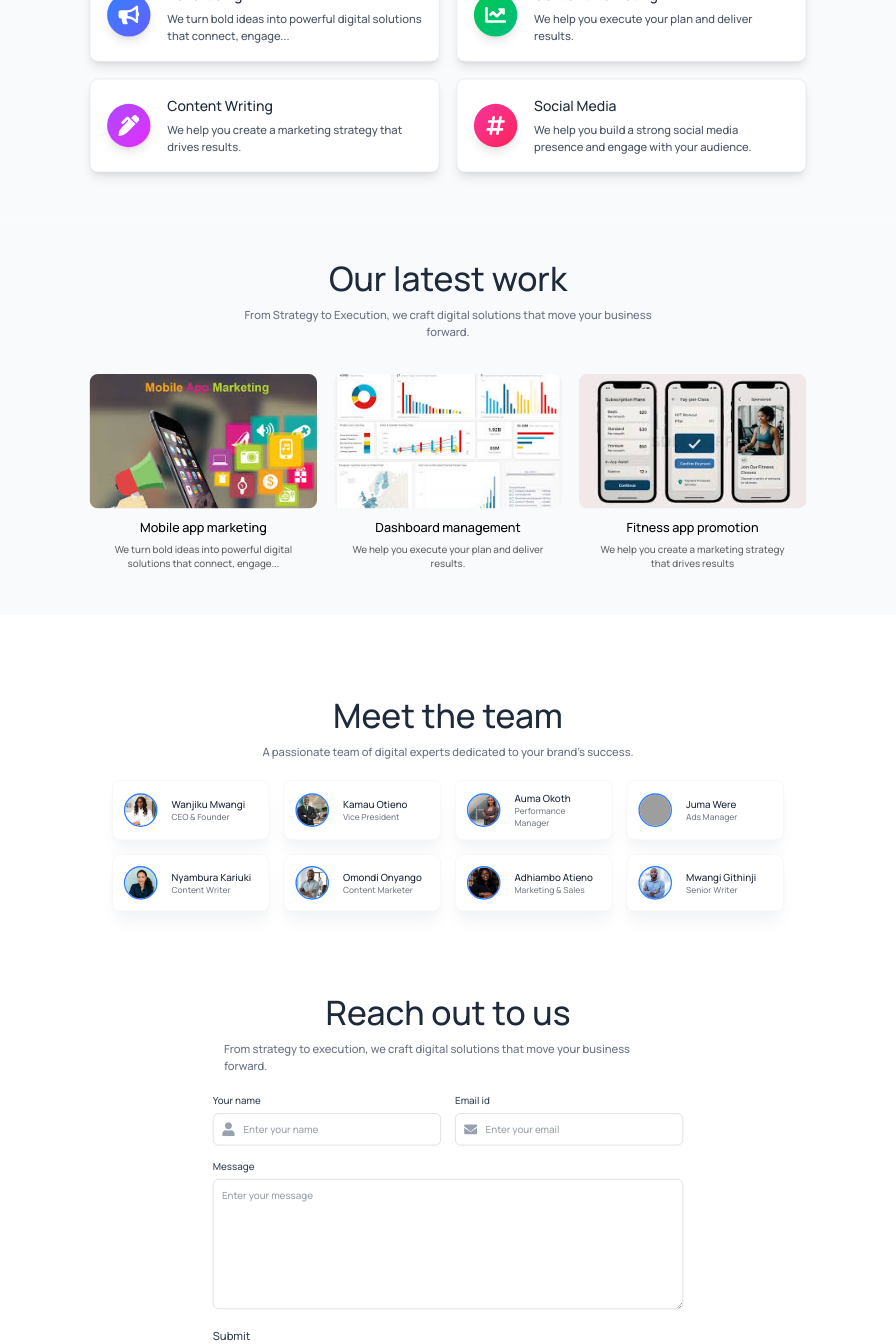
Repository: Prolenzy/magex
Page: /
These files come from the project's save history. The page is drawn as it stood at one moment and after a run of saves; the edit follows.
The browser window is 1280 px wide. The pictures show the part of the page from y = 1376 to 3296 px (the page is 3296 px tall), at 70% of full size.
Pictures or frames that could not be fetched are drawn as grey boxes. The project was rebuilt for these pictures with package versions that can differ from the ones it lists, and the page was loaded fresh each time. Also part of the build but not shown: vite.config.js.

Above is the page before, as saved 2025-08-17 03:31:17.

### index.html
<!doctype html>
<html lang="en" class="scroll-smooth">
  <head>
    <meta charset="UTF-8" />
    <link rel="icon" type="image/svg+xml" href="/touch-icon.png" />
    <meta name="viewport" content="width=device-width, initial-scale=1.0" />
    <title>Magex | Digital Experiences Powered by Imagination</title>
  </head>
  <body>
    <div id="root"></div>
    <script type="module" src="/src/main.jsx"></script>
  </body>
</html>

### src/index.css
@import url('https://fonts.googleapis.com/css2?family=Manrope:wght@200..800&display=swap');

@import "tailwindcss";

/* @custom-variant dark (&:where(.dark, .dark *)); */

*{
  font-family: "Manrope", sans-serif;
  font-weight: 500;
}

@theme {
  --color-primary: #5044E5;
}

### src/App.jsx
import React from 'react'
import Navbar from './components/Navbar'
import Hero from './components/Hero'
import Trustedby from './components/Trustedby'
import Services from './components/Services'
import OurWork from './components/OurWork'
import Teams from './components/Teams'
import ContactUs from './components/ContactUs'

const App = () => {
  return (
    <div>
      <Navbar />
      <Hero />
      <Trustedby />
      <Services />
      <OurWork />
      <Teams />
      <ContactUs />
    </div>
  )
}

export default App

### src/components/Navbar.jsx
import React, { useState } from 'react'

const Navbar = () => {

    const [sidebarOpen, setSidebarOpen] = useState(false)
  return (
    <div className='flex justify-between items-center px-4 sm:px-12 lg:px-24 xl:px-40 py-4
    sticky top-0 z-20 backdrop-blur-xl font-medium bg-white/50 dark:bg-gray-900/70'>

        <img src='/dox1.png' className='w-32 sm:w-40' alt=''/>

        <div className={`text-gray-700 sm:text-sm ${!sidebarOpen ? 'max-sm:w-0 overflow-hidden' :
        'max-sm:w-60 max-sm:pl-10'} max-sm:fixed top-0 bottom-0 right-0 max-sm:min-h-screen
        max-sm:h-full max-sm:flex-col max-sm:bg-primary max-sm:text-white max-sm:pt-20
        flex sm:items-center gap-5 transition-all`}>

             <img src='/ter1.png' alt='' className='w-5 absolute right-4 top-4 sm:hidden'
             onClick={() => setSidebarOpen(false)}/>

            <a onClick={() => setSidebarOpen(false)} href='#' className='sm:hover:border-b'>Home</a>
            <a onClick={() => setSidebarOpen(false)} href='#services' className='sm:hover:border-b'>services</a>
            <a onClick={() => setSidebarOpen(false)} href='#our-work' className='sm:hover:border-b'>Our Work</a>
            <a onClick={() => setSidebarOpen(false)} href='#contact-us' className='sm:hover:border-b'>Contact Us</a>
        </div>
        <div className='flex items-center gap-2 sm:gap-4'>

            <img src='/2001.png' alt='' onClick={() => setSidebarOpen(true)}
            className='w-8 sm:hidden' />
            <a href='#contact-us' className='text-sm max-sm:hidden flex items-center gap-2
            bg-primary text-white px-6 py-2 rounded-full cursor-pointer
            hover:scale-103 transition-all'>
                Connect <img src='/vay1.png' width={14} alt=''/>
            </a>
        </div>
    </div>
  )
}

export default Navbar

### src/components/Hero.jsx
import React from 'react'

const Hero = () => {
  return (
    <div id='hero' className='flex flex-col items-center gap-6 py-20 px-4 sm:px-12 lg:px-24
    xl:px-40 text-center w-full overflow-hidden text-gray-700'>

        <h1 className='text-4xl sm:text-5xl md:text-6xl xl:text-[84px] font-medium xl-leading-[95px]
        max-w-5xl'>
            Turning imaginations into <span className='bg-gradient-to-r from-[#5044e5]
            to-[#4d8cea] bg-clip-text text-transparent'>digital</span> impact.
        </h1>

        <p className='text-sm sm:text-lg font-medium text-gray-500 dark:text-white/75
        max-w-4/5 sm:max-w-lg pm-3'>Creating meaningful connections and turning big ideas
        into interactive digital
            experiences.</p>

            <div className='relative'>
                <img src='/macbook1.png' alt='' className='w-full max-w-6xl'/>
            </div>
    </div>
  )
}

export default Hero

### src/components/Trustedby.jsx
import React from 'react'

const Trustedby = () => {
    const company_logos = [
    '/Amazon1.png',
    '/fedex1.png',
    '/Hyundai1.png',
    '/mobil1.png',
    '/Nivea1.png',
    '/rolex1.png'
  ];
  return (
    <div className='flex flex-col items-center px-4 sm:px-12 lg:px-24 xl:px-40 gap-10
    text-gray-700 dark:text-white/80'>
        <h2 className='font-semibold'>Trusted by Leading Companies</h2>
        <div className='flex items-center justify-center flex-wrap gap-10 m-4'>
            {company_logos.map((logo, index) => (
                <img key={index} src={logo} alt={`Company Logo ${index + 1}`} className='max-h-10
                sm:max-h-12 md:max-h-14 dark:drop-shadow-1xl object-contain' />
            ))}
        </div>
    </div>
  )
}

export default Trustedby

### src/components/Services.jsx
import React from 'react';
import Title from './Title';
import {
  FaBullhorn, FaChartLine, FaPenAlt, FaHashtag
} from 'react-icons/fa';
import ServiceCard from './ServiceCard';

const Services = () => {
  const servicesData = [
    {
      title: 'Advertising',
      description: 'We turn bold ideas into powerful digital solutions that connect, engage...',
      icon: <FaBullhorn className="text-3xl" />,
      color: 'from-blue-500 to-indigo-500'
    },
    {
      title: 'Content Marketing',
      description: 'We help you execute your plan and deliver results.',
      icon: <FaChartLine className="text-3xl" />,
      color: 'from-green-500 to-emerald-500'
    },
    {
      title: 'Content Writing',
      description: 'We help you create a marketing strategy that drives results.',
      icon: <FaPenAlt className="text-3xl" />,
      color: 'from-purple-500 to-fuchsia-500'
    },
    {
      title: 'Social Media',
      description: 'We help you build a strong social media presence and engage with your audience.',
      icon: <FaHashtag className="text-3xl" />,
      color: 'from-pink-500 to-rose-500'
    }
  ];

  return (
    <section id='services' className='relative py-16 px-4 sm:px-8 lg:px-16 xl:px-32 bg-gray-50 dark:bg-gray-900'>
      <div className='max-w-7xl mx-auto flex flex-col items-center'> {/* Centered container */}
        <div className='w-full text-center mb-12'> {/* Full width but centered content */}
          <Title
            title='How can we help?'
            desc='From strategy to execution, we craft digital solutions that move your business forward.'
          />
        </div>

        <div className='grid grid-cols-1 md:grid-cols-2 gap-6 w-full'>
          {servicesData.map((service, index) => (
            <ServiceCard
              key={index}
              service={service}
              index={index}
            />
          ))}
        </div>
      </div>
    </section>
  );
};

export default Services;

### src/components/OurWork.jsx
import React from 'react'
import Title from './Title'

const OurWork = () => {
    const workData = [
        {
            title: 'Mobile app marketing',
            description: 'We turn bold ideas into powerful digital solutions that connect, engage...',
            image: '/mobile.jpeg'
        },
        {
            title: 'Dashboard management',
            description: 'We help you execute your plan and deliver results.',
            image: '/dashboard.jpeg'
        },
        {
            title: 'Fitness app promotion',
            description: 'We help you create a marketing strategy that drives results',
            image: '/fitness.jpeg'
        }
    ]

    return (
        <section id='our-work' className='py-16 px-4 sm:px-8 lg:px-16 xl:px-32 bg-gray-50 dark:bg-gray-900'>
            <div className='max-w-7xl mx-auto'>
                {/* Centered Title Section */}
                <div className='text-center mb-12'>
                    <Title
                        title='Our latest work'
                        desc='From Strategy to Execution, we craft digital solutions that move your business forward.'
                    />
                </div>

                {/* Centered Work Grid */}
                <div className='flex justify-center'>
                    <div className='grid sm:grid-cols-2 lg:grid-cols-3 gap-6 w-full max-w-5xl'>
                        {workData.map((work, index) => (
                            <div
                                key={index}
                                className='hover:scale-102 duration-500 transition-all cursor-pointer group text-center'
                            >
                                <div className='overflow-hidden rounded-xl mx-auto w-full'>
                                    <img
                                        src={work.image}
                                        className='w-full h-48 object-cover group-hover:scale-105 transition-transform duration-300'
                                        alt={work.title}
                                    />
                                </div>
                                <h3 className='mt-3 mb-2 text-lg font-semibold'>{work.title}</h3>
                                <p className='text-sm opacity-60 px-4'>{work.description}</p>
                            </div>
                        ))}
                    </div>
                </div>
            </div>
        </section>
    )
}

export default OurWork;

### src/components/Teams.jsx
import React from 'react';
import Title from './Title';

const Teams = () => {
  const teamData = [
    {
      name: 'Wanjiku Mwangi',
      title: 'CEO & Founder',
      image: '/wanjiku-ceo.jpeg' // Kenyan female executive
    },
    {
      name: 'Kamau Otieno',
      title: 'Vice President',
      image: '/kamau-vp.jpeg' // Kenyan male professional
    },
    {
      name: 'Auma Okoth',
      title: 'Performance Manager',
      image: '/auma-pm.jpeg' // Kenyan female manager
    },
    {
      name: 'Juma Were',
      title: 'Ads Manager',
      image: '/juma-ads.jpeg' // Kenyan male marketer
    },
    {
      name: 'Nyambura Kariuki',
      title: 'Content Writer',
      image: '/nyambura-writer.jpeg' // Kenyan female writer
    },
    {
      name: 'Omondi Onyango',
      title: 'Content Marketer',
      image: '/omondi-marketer.jpeg' // Kenyan male professional
    },
    {
      name: 'Adhiambo Atieno',
      title: 'Marketing & Sales',
      image: '/adhiambo-sales.jpeg' // Kenyan female sales executive
    },
    {
      name: 'Mwangi Githinji',
      title: 'Senior Writer',
      image: '/mwangi-senior-writer.jpeg' // Kenyan male senior professional
    }
  ];

  return (
    <div className='flex flex-col items-center gap-7 px-4 sm:px-12 lg:px-24 xl:px-40 pt-30 text-gray-800 dark:text-gray-100'>
      <Title
        title='Meet the team'
        desc="A passionate team of digital experts dedicated to your brand's success."
      />
      <div className='grid grid-cols-2 md:grid-cols-3 xl:grid-cols-4 gap-5 w-full'>
        {teamData.map((team, index) => (
          <div
            key={index}
            className='flex max-sm:flex-col items-center gap-5 p-4 rounded-xl border border-gray-100 dark:border-gray-700 bg-white dark:bg-gray-800 shadow-xl shadow-gray-100 dark:shadow-gray-900 hover:scale-103 transition-all duration-400'
          >
            <img
              src={team.image}
              className='w-12 h-12 rounded-full object-cover border-2 border-blue-500'
              alt={`${team.name}, ${team.title}`}
            />
            <div className='flex-1'>
              <h3 className='font-bold text-sm'>{team.name}</h3>
              <p className='text-xs opacity-60 dark:opacity-80'>{team.title}</p>
            </div>
          </div>
        ))}
      </div>
    </div>
  );
};

export default Teams;

### src/components/ContactUs.jsx
import React from 'react'
import Title from './Title'
import { FaEnvelope, FaUser } from 'react-icons/fa'; // Import the icon

const ContactUs = () => {
  return (
    <div id='contact-us' className='flex flex-col items-center gap-7 px-4 sm:px-12 lg:px-24 xl:px-40 pt-30
    text-gray-700'>
        <Title title='Reach out to us' desc='From strategy to execution, we craft digital solutions that move your
        business forward.' />

        <form className='grid sm:grid-cols-2 gap-3 sm:gap-5 max-w-2xl w-full'>
            <div>
                <p className='mb-2 text-sm font-medium'>Your name</p>
                <div className='flex items-center pl-3 rounded-lg border border-gray-300'>
                    {/* Use the React icon component instead of the img tag */}
                    <FaUser className='text-gray-400' size={20} />
                    <input
                        type='text'
                        placeholder='Enter your name'
                        className='w-full p-3 text-sm outline-none' required
                    />
                </div>
            </div>

            <div>
                <p className='mb-2 text-sm font-medium'>Email id</p>
                <div className='flex items-center pl-3 rounded-lg border border-gray-300'>
                    {/* Use the React icon component instead of the img tag */}
                    <FaEnvelope className='text-gray-400' size={20} />
                    <input
                        type='email'
                        placeholder='Enter your email'
                        className='w-full p-3 text-sm outline-none' required
                    />
                </div>
            </div>
            <div className='sm:col-span-2'>
                <p className='mb-2 text-sm font-medium'>Message</p>
                <textarea rows={8} placeholder='Enter your message' className='w-full p-3 text-sm outline-none
                rounded-lg border border-gray-300' />
            </div>

            <button type='submit' className='w-max '>
                Submit
            </button>
        </form>
    </div>
  )
}

export default ContactUs;

### src/components/Title.jsx
import React from 'react';

const Title = ({title, desc}) => {
  return (
    <div className='flex flex-col items-center'> {/* Ensures centering */}
      <h2 className='text-3xl sm:text-5xl font-medium text-gray-800 dark:text-white mb-4'>
        {title}
      </h2>
      <p className='max-w-2xl text-gray-500 dark:text-white/75 px-4'>
        {desc}
      </p>
    </div>
  );
};

export default Title;

### src/components/ServiceCard.jsx
import React, { useState, useRef } from 'react';

const ServiceCard = ({ service, index }) => {
  const [position, setPosition] = useState({ x: 0, y: 0 });
  const [visible, setVisible] = useState(false);
  const divRef = useRef(null);

  const handleMouseMove = (e) => {
    const bounds = divRef.current.getBoundingClientRect();
    setPosition({
      x: e.clientX - bounds.left,
      y: e.clientY - bounds.top
    });
  };

  return (
    <div
      ref={divRef}
      onMouseMove={handleMouseMove}
      onMouseEnter={() => setVisible(true)}
      onMouseLeave={() => setVisible(false)}
      className="relative h-full overflow-hidden rounded-xl border border-gray-200 dark:border-gray-700 shadow-lg hover:shadow-xl transition-all duration-300 bg-white dark:bg-gray-800"
    >
      {/* Animated gradient background */}
      <div
        className={`absolute inset-0 bg-gradient-to-br ${service.color} opacity-0 transition-opacity duration-500 ${visible ? 'opacity-10' : ''}`}
        style={{
          transform: `translate(calc(${position.x}px - 50%), calc(${position.y}px - 50%)`,
          backgroundPosition: `${position.x}px ${position.y}px`
        }}
      />

      {/* Content */}
      <div className="relative z-10 p-6 h-full flex flex-col sm:flex-row items-center gap-6">
        <div className={`p-4 rounded-full bg-gradient-to-br ${service.color} text-white shadow-lg`}>
          {service.icon}
        </div>

        <div className="flex-1">
          <h3 className="text-xl font-bold text-gray-800 dark:text-white mb-2">
            {service.title}
          </h3>
          <p className="text-gray-600 dark:text-gray-300">
            {service.description}
          </p>
        </div>
      </div>
    </div>
  );
};

export default ServiceCard;

Loaded but not shown: src/main.jsx (common file)

After the next 5 saves:
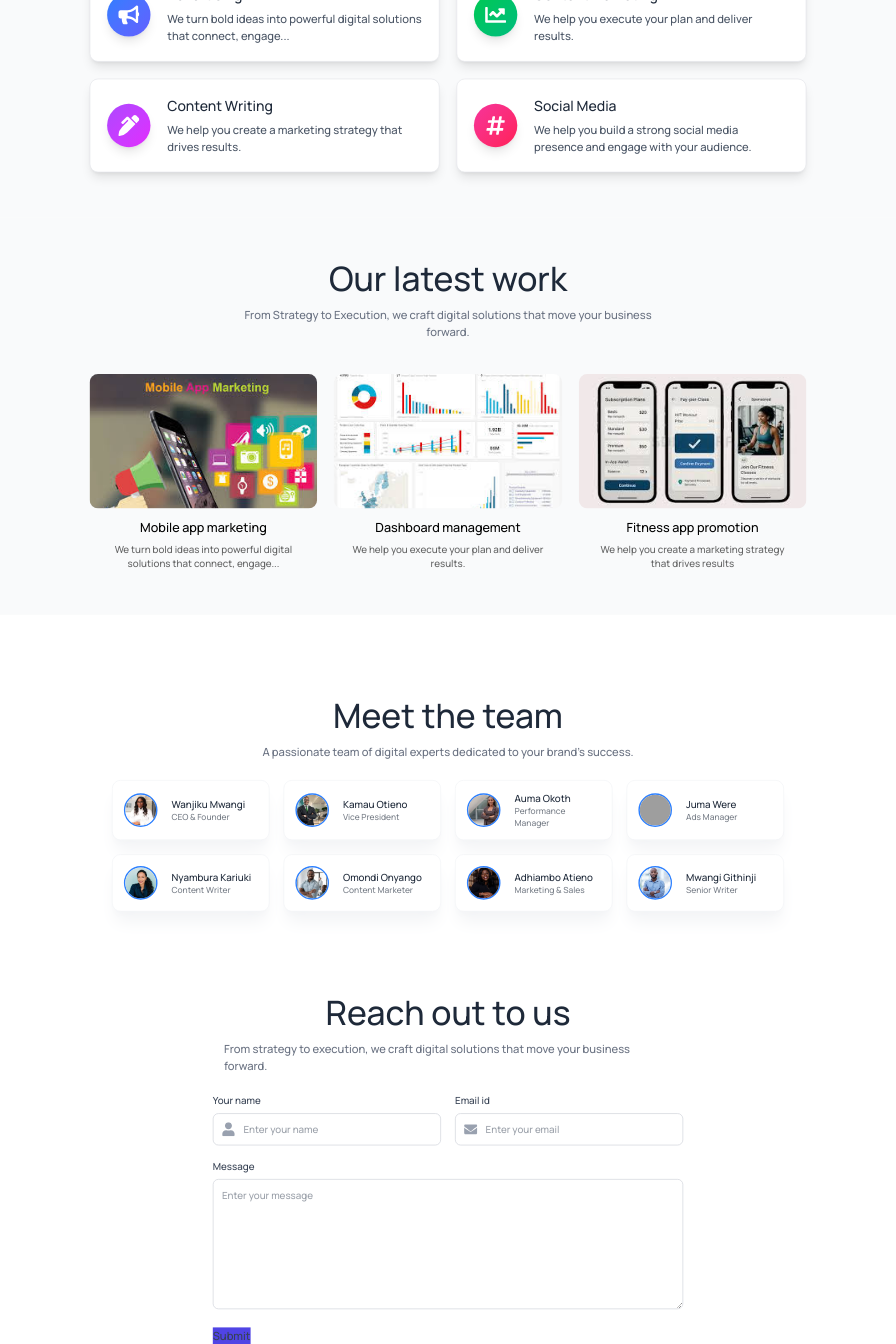
The 5 saves are shown as one change because they came seconds apart.
The last was saved 16 s later.
--- a/src/components/ContactUs.jsx
+++ b/src/components/ContactUs.jsx
@@ -41,7 +41,7 @@
                 rounded-lg border border-gray-300' />
             </div>
 
-            <button type='submit' className='w-max '>
+            <button type='submit' className='w-max flex gap-2 bg-primary'>
                 Submit
             </button>
         </form>
